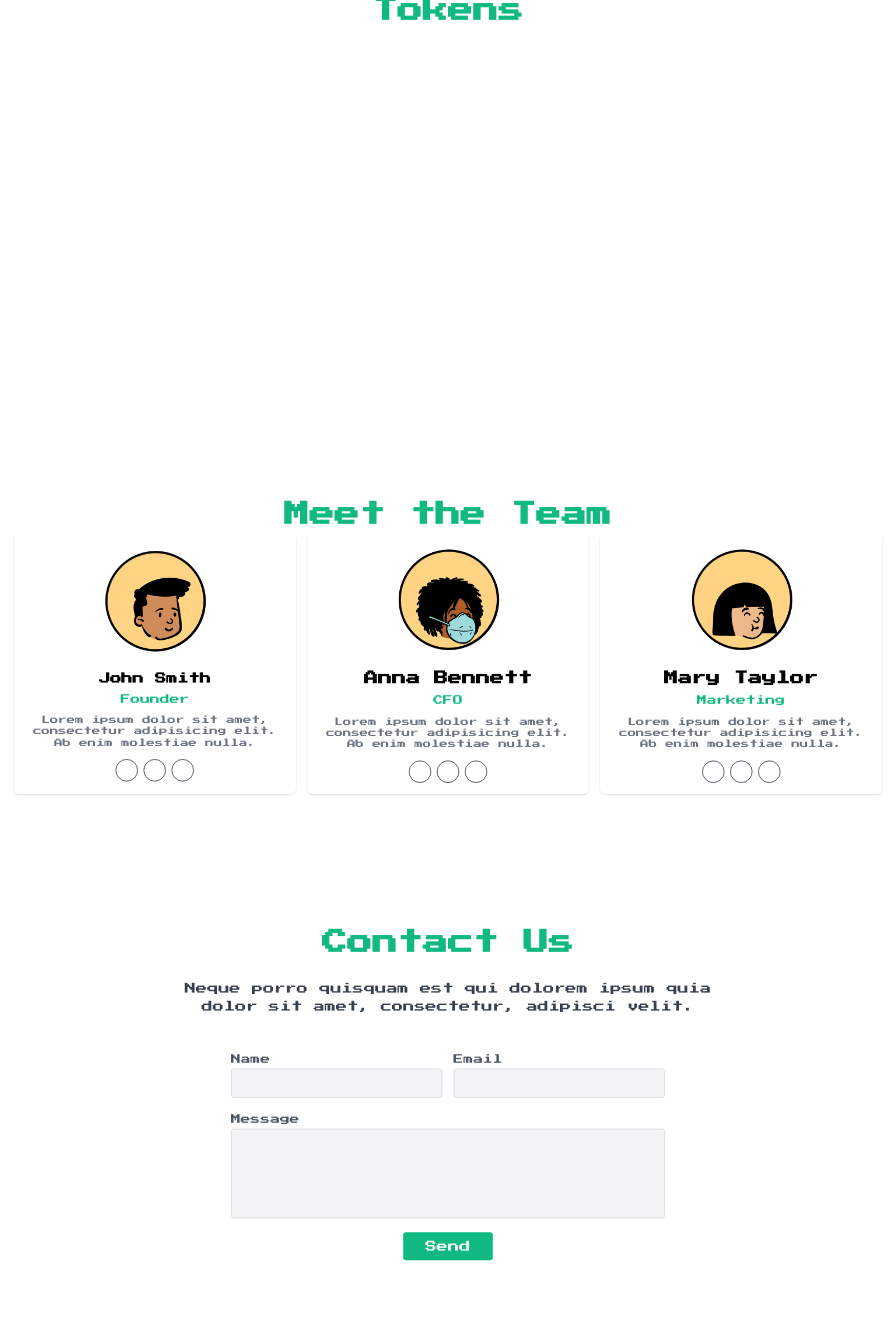
Repository: rhinorphan/phat-landing-page
Page: /
These files come from the project's save history. The page is drawn as it stood at one moment and after the next save; the edit follows.
The browser window is 1280 px wide. The pictures show the part of the page from y = 2058 to 3978 px (the page is 4156 px tall), at 70% of full size.
The project was rebuilt for these pictures with package versions that can differ from the ones it lists, and the page was loaded fresh each time. Also part of the build but not shown: craco.config.js.

Above is the page before, as saved 2021-11-17 23:09:21.

After the next save:
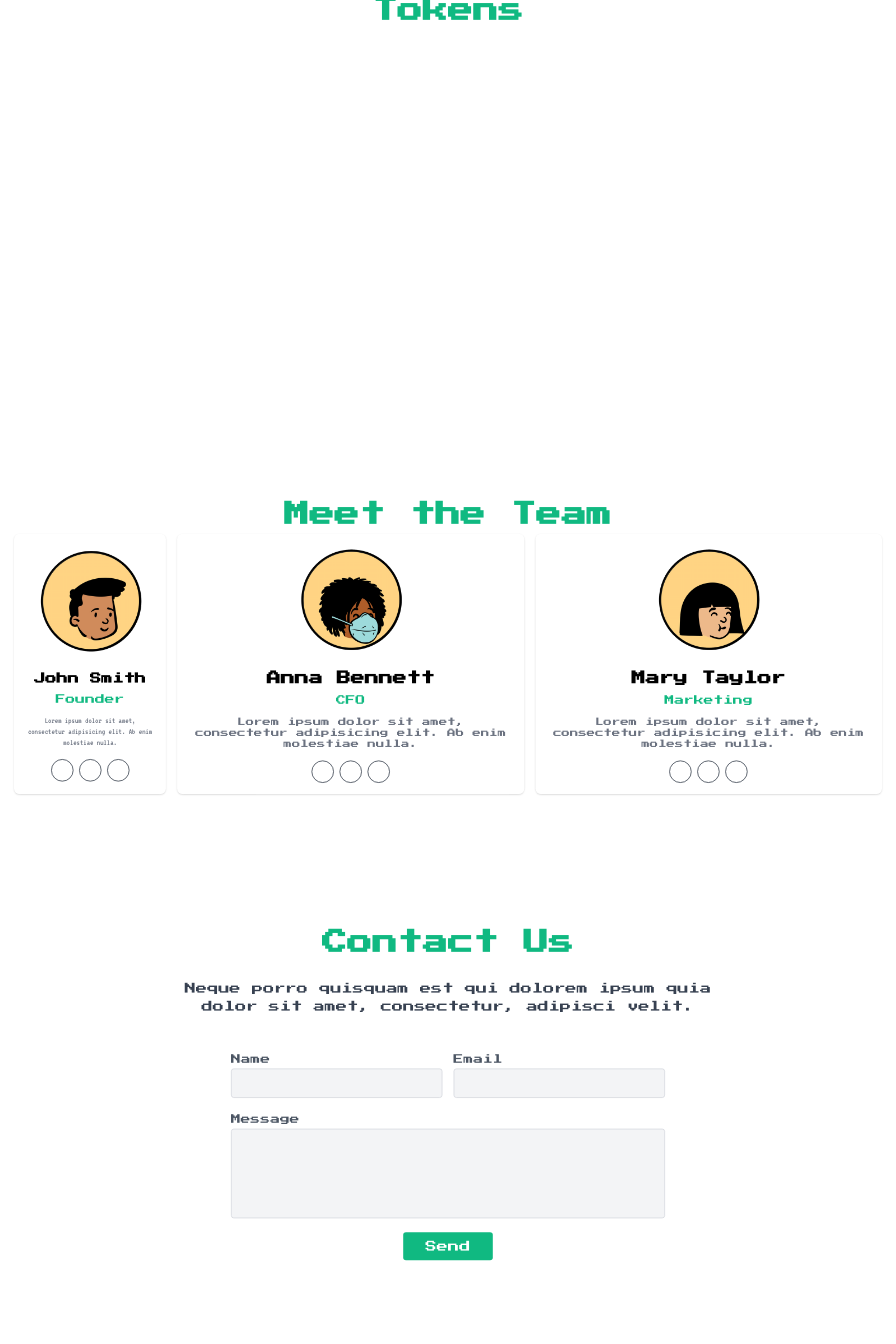
Saved 21 s later.
--- a/src/components/About.js
+++ b/src/components/About.js
@@ -20,7 +20,7 @@ function About() {
 				<h2 class="mt-4 font-bold text-l">John Smith</h2>
 				<h6 class="mt-2 text-sm font-medium text-green-500">Founder</h6>
 
-				<p class="text-xs text-gray-500 text-center mt-3">
+				<p class="text-xs text-gray-500 text-center mt-3 normalText">
 					Lorem ipsum dolor sit amet, consectetur adipisicing elit. Ab enim molestiae nulla.
 				</p>
 
